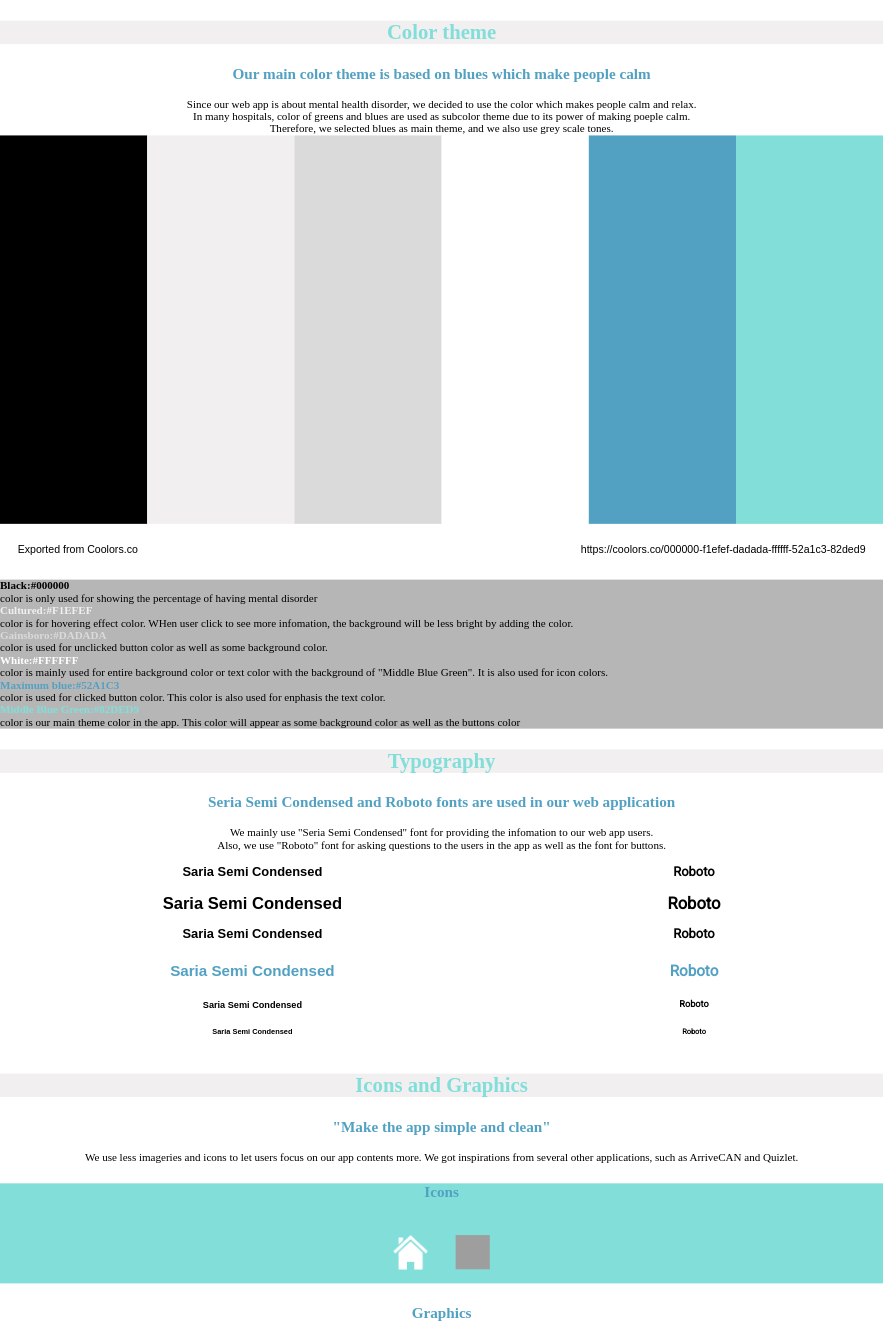
Repository: zzs1/style-guide
Page: style guide/Chisaki_styleGuide_part2/index.html
The author's editor kept a copy of each file at every save. The page is drawn from the files as they stood at one save, then again after a run of saves.
The browser window is 1280 px wide. The pictures show the whole page, at 69% of full size.
Pictures or frames that could not be fetched are drawn as grey boxes. Some web fonts or font styles are not loaded; a fallback is used.

Above is the page before, as saved 2021-03-21 21:02:07.

### style guide/Chisaki_styleGuide_part2/index.html
<!DOCTYPE html>
<html lang="en">
<head>
  <meta charset="UTF-8">
  <meta name="viewport" content="width=device-width, initial-scale=1.0">
  <title>Style guide - Colour Palette & Typography, Imagery, Graphics -</title>
  <link href ="style.css" rel="stylesheet" />
  <link href="https://fonts.googleapis.com/css2?family=Saira+Semi+Condensed:wght@500&display=swap" rel="stylesheet">
  <link href="https://fonts.googleapis.com/css2?family=Roboto&display=swap" rel="stylesheet">
</head>
<body>
  <div id="main">
    <article>
      <!--Color theme section starts-->
      <section>
        <h1 class="title">Color theme</h1>
        <h3 class="subtitle">Our main color theme is based on blues which make people calm</h3>
        <p>
          Since our web app is about mental health disorder, we decided to use the color which makes people calm and relax.<br>
          In many hospitals, color of greens and blues are used as subcolor theme due to its power of making poeple calm.<br>
          Therefore, we selected blues as main theme, and we also use grey scale tones.
        </p>
        <div id="colorbox">
          <img src="palette.svg" alt="color pallette">
          <p style="background-color: rgb(183, 182, 182); text-align: left; display: flex; flex-direction: column;">
            <strong style="color:#000000;">Black:#000000</strong> color is only used for showing the percentage of having mental disorder<br>
            <strong style="color:#F1EFEF;">Cultured:#F1EFEF</strong> color is for hovering effect color. WHen user click to see more infomation, the background will be less bright by adding the color.<br>
            <strong style="color:#DADADA;">Gainsboro:#DADADA</strong> color is used for unclicked button color as well as some background color.<br>
            <strong style="color:#FFFFFF;">White:#FFFFFF</strong> color is mainly used for entire background color or text color with the background of "Middle Blue Green". It is also used for icon colors.<br>
            <strong style="color:#52A1C3;">Maximum blue:#52A1C3</strong> color is used for clicked button color. This color is also used for enphasis the text color.<br>
            <strong style="color:#82DED9;">Middle Blue Green:#82DED9</strong> color is our main theme color in the app. This color will appear as some background color as well as the buttons color<br>
          </p>
        </div>
      </section>

      <!--typography section starts-->
      <section id="typo">
        <h1 class="title">Typography</h1>
        <h3 class="subtitle">
          Seria Semi Condensed and Roboto fonts are used in our web application
        </h3>
        <p>
          We mainly use "Seria Semi Condensed" font for providing the infomation to our web app users.<br>
          Also, we use "Roboto" font for asking questions to the users in the app as well as the font for buttons.<br>
        </p>
        <div id="typobox">
          <div id="saria">
            <h1>Saria Semi Condensed</h1>
            <h2>Saria Semi Condensed</h2>
            <h3>Saria Semi Condensed</h3>
            <h4>Saria Semi Condensed</h4>
            <h5>Saria Semi Condensed</h5>
            <h6>Saria Semi Condensed</h6>
          </div>
          <div id="roboto">
            <h1>Roboto</h1>
            <h2>Roboto</h2>
            <h3>Roboto</h3>
            <h4>Roboto</h4>
            <h5>Roboto</h5>
            <h6>Roboto</h6>
          </div>
      </div>
      </section>

      <!--icon section starts-->
      <section>
        <h1 class="title">Icons and Graphics</h1>
        <h3 class="subtitle">
          "Make the app simple and clean"
        </h3>
        <p>
          We use less imageries and icons to let users focus on our app contents more. We got inspirations from several other applications, such as ArriveCAN and Quizlet.
        </p>
        <div id="iconbox">
          <h4>Icons</h4>
          <div id="imgcontainer">
          <img src="home_white.png" alt="home icon" width="50px" height="50px" />
          <img src="back.svg" alt="back home arrow" width="50px" height="50px" />
        </div>
        </div>
        <div id="graphicbox">
          <h4>Graphics</h4>
        </div>
      </section>
  </article>
  </div>
</body>
</html>

### style guide/Chisaki_styleGuide_part2/style.css
body, html{
  margin:0;
  text-align:center;
}
p{
  margin:0;
}
.title{
  font-size:30px;
  color:#82DED9;
  background-color: #F1EFEF;
}
.subtitle, h4{
  font-size:22px;
  color:#52A1C3;
}

#typobox{
  display:flex;

}
#saria {
  font-family: 'Saira Semi Condensed', sans-serif;
  flex-grow: 1;

}
#roboto {
  font-family: 'Roboto', sans-serif;
  flex-grow: 1;
}
#iconbox {
  background-color: #82DED9;
}

#imgcontainer {
  display:flex;
  justify-content: center;
}
#imgcontainer > img {
  margin:20px;
}
#graphicbox {
  background-color:
}

After the next 2 saves:
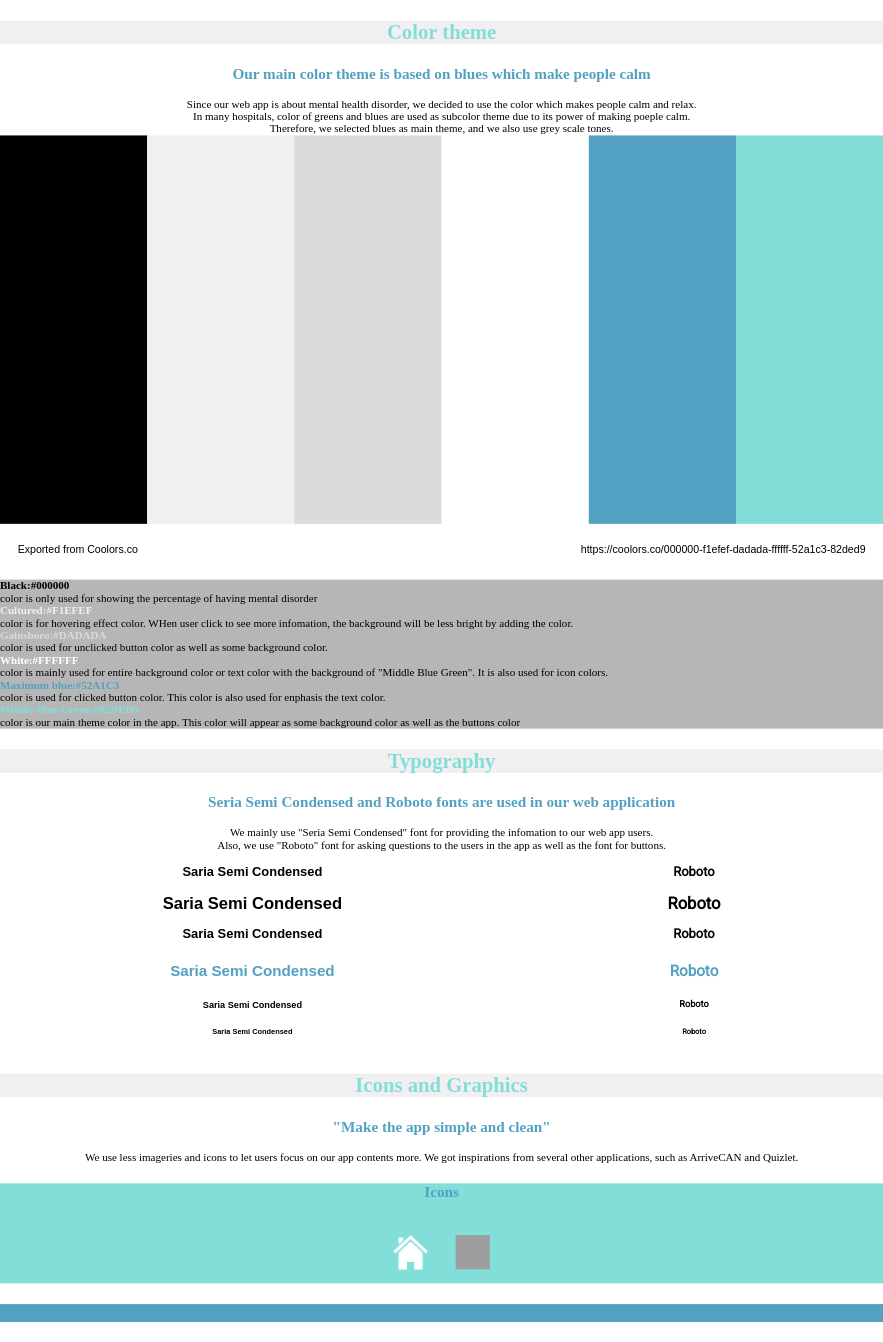
The 2 saves are shown as one change because they came seconds apart.
The last was saved 11 s later.
--- a/style guide/Chisaki_styleGuide_part2/style.css
+++ b/style guide/Chisaki_styleGuide_part2/style.css
@@ -40,5 +40,5 @@ p{
   margin:20px;
 }
 #graphicbox {
-  background-color:
+  background-color:#52A1C3;
 }
